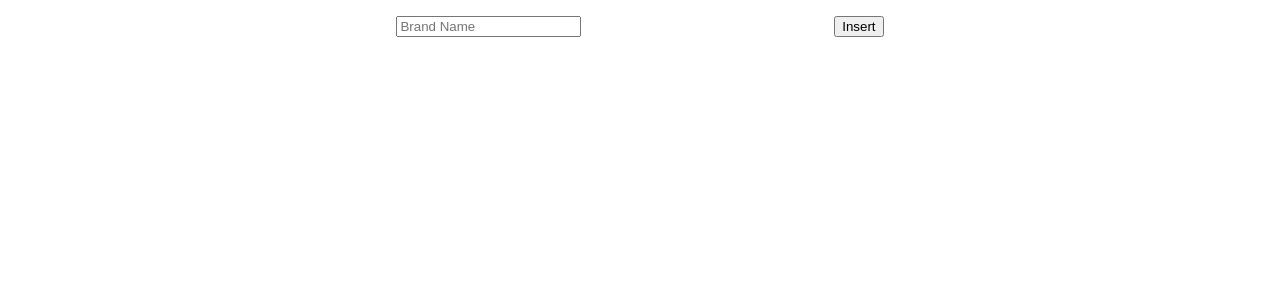
Repository: developerks611/Bumble-bee
Page: http://localhost/Bumble/add-brand.jsp
An editor plug-in stored every save of this project. The page is shown before and after the next save, followed by the edit.
The browser window is 1280 px wide. The pictures show the whole page.
The page is served by Tomcat 9. Other server files are loaded and not shown.

Above is the page before, as saved 2023-02-28 05:39:55.

### Bumble/src/main/webapp/add-brand.jsp
<%@ page language="java" contentType="text/html; charset=ISO-8859-1"
    pageEncoding="ISO-8859-1" isELIgnored="false"%>
 <%@ taglib prefix = "tag" uri = "http://java.sun.com/jsp/jstl/core" %>
<!DOCTYPE html>
<html>
<head>
<meta charset="ISO-8859-1">
<title>Insert Brand</title>
<style>
.container {
 text-align:center;
}

.createAccount {
	margin-left: 20%;
}
</style>
</head>
<body>
	<div class="container">
		<p>${message }<p>
		<form action="addBrand" method="post">
			<input type="text" placeholder="Brand Name"><button type="submit" class="btn btn-success createAccount">Insert</button>





		</form>



	</div>

</body>
</html>

After the next save:
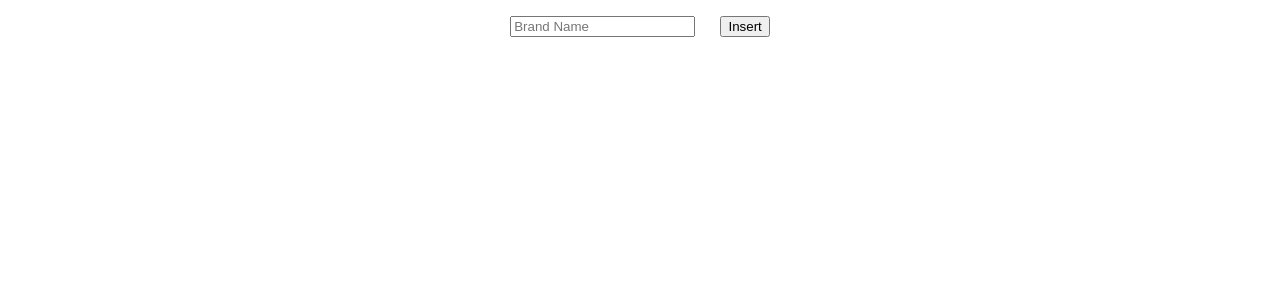
Saved 10 s later.
--- a/Bumble/src/main/webapp/add-brand.jsp
+++ b/Bumble/src/main/webapp/add-brand.jsp
@@ -12,7 +12,7 @@
 }
 
 .createAccount {
-	margin-left: 20%;
+	margin-left: 2%;
 }
 </style>
 </head>
